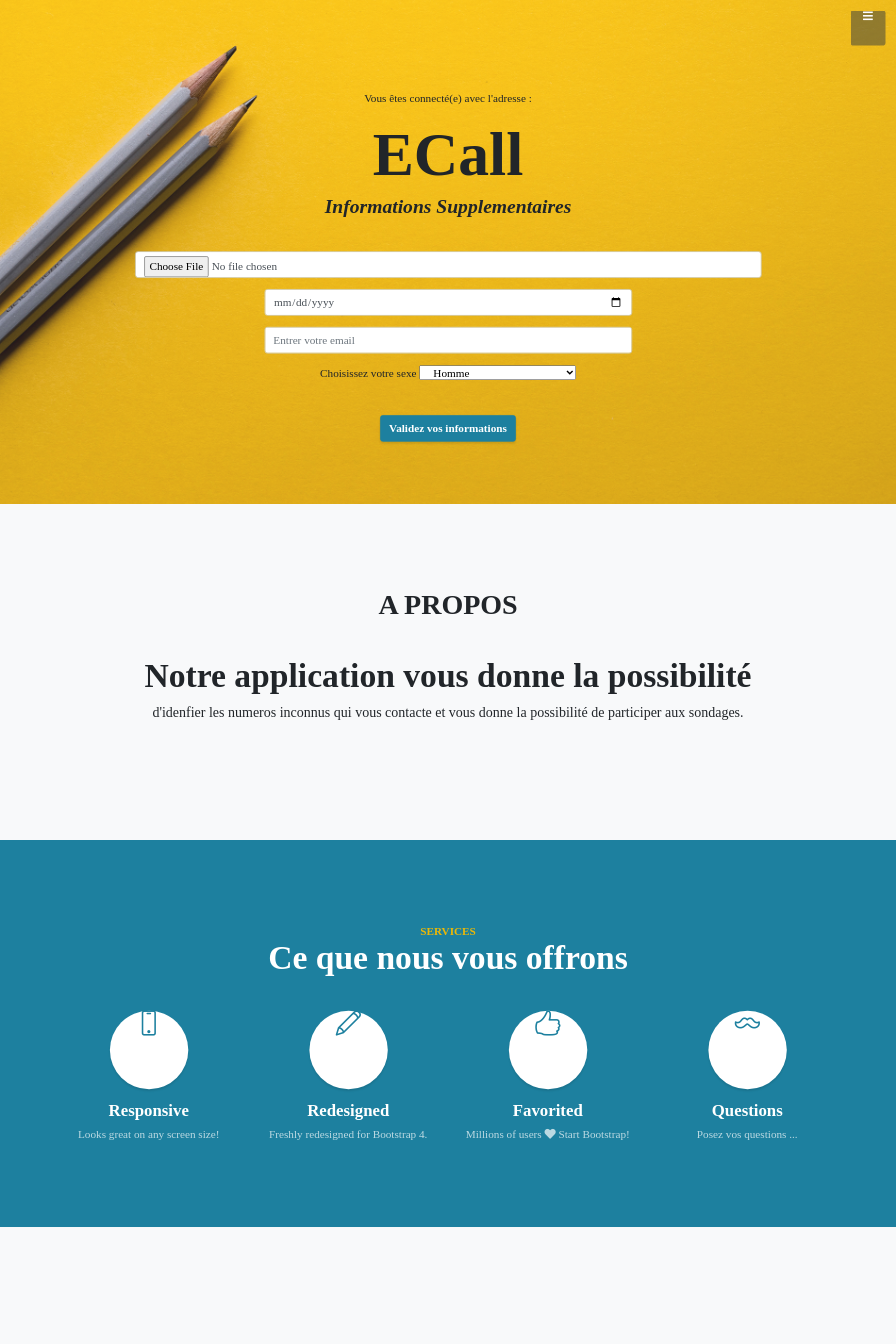
Repository: marco667/E-Callers
Page: http://localhost/E-Call/InfosSupplements
The author's editor kept a copy of each file at every save. The page is drawn from the files as they stood at one save, then again after the next save.
The browser window is 1280 px wide. The pictures show the part of the page from y = 0 to 1920 px (the page is 3387 px tall), at 70% of full size.
Some web fonts or font styles are not loaded; a fallback is used. The page is served by Tomcat 9. Other server files are loaded and not shown.

Above is the page before, as saved 2019-06-28 18:04:45.

### E-Call/WebContent/WEB-INF/formulaire.jsp
<%@ page language="java" contentType="text/html; charset=UTF-8"
    pageEncoding="UTF-8"%>
<!DOCTYPE html PUBLIC "-//W3C//DTD HTML 4.01 Transitional//EN" "http://www.w3.org/TR/html4/loose.dtd">
<html lang="fr">

<head>

  <meta charset="utf-8">
  <meta name="viewport" content="width=device-width, initial-scale=1, shrink-to-fit=no">
  <meta name="description" content="E-Callers">
  <meta name="author" content="Bilounga Abomo Marcelin">

  <title>ECall</title>

  <!-- Bootstrap Core CSS -->
  <link href="vendor/bootstrap/css/bootstrap.min.css" rel="stylesheet">

  <!-- Custom Fonts -->
  <link href="vendor/fontawesome-free/css/all.min.css" rel="stylesheet" type="text/css">
  <link href="https://fonts.googleapis.com/css?family=Source+Sans+Pro:300,400,700,300italic,400italic,700italic" rel="stylesheet" type="text/css">
  <link href="vendor/simple-line-icons/css/simple-line-icons.css" rel="stylesheet">

  <!-- Custom CSS -->
  <link href="css/stylish-portfolio.min.css" rel="stylesheet">

</head>

<body id="page-top">

  <!-- Navigation -->
  <a class="menu-toggle rounded" href="#">
    <i class="fas fa-bars"></i>
  </a>
  <nav id="sidebar-wrapper">
    <ul class="sidebar-nav">
      <li class="sidebar-brand">
        <a class="js-scroll-trigger" href="/E-Call/Restriction">
        ${sessionScope.sessionUtilisateur.username}
         ${sessionScope.sessionUtilisateur.num_tel}
      </a>
      </li>
      <li class="sidebar-nav-item">
        <a class="js-scroll-trigger" href="#about">A Propos</a>
      </li>
      <li class="sidebar-nav-item">
        <a class="js-scroll-trigger" href="#Download">Telecharger</a>
      </li>
      <li class="sidebar-nav-item">
        <a class="js-scroll-trigger" href="#services">Services</a>
      </li>
      <li class="sidebar-nav-item">
        <a class="js-scroll-trigger" href="#contact">Contact</a>
      </li>
      <li class="sidebar-nav-item">
        <a class="js-scroll-trigger" href="#sondages">Notre blog</a>
      </li>
      <li class="sidebar-nav-item">
        <a class="js-scroll-trigger" href="/E-Call//Deconnexion">Deconnexion</a>
      </li>
    </ul>
  </nav>

  <!-- Header -->
  <header class="masthead d-flex">
    <div class="container text-center my-auto">
    <%-- Vérification de la présence d'un objet utilisateur en session --%>
         <c:if test="${!empty sessionScope.sessionUtilisateur}">
    		<%-- Si l'utilisateur existe en session, alors on affiche son nom et son tel. --%>
           <p class="succes">Vous êtes connecté(e) avec l'adresse : ${sessionScope.sessionUtilisateur.username}  ${sessionScope.sessionUtilisateur.num_tel}</p>
         </c:if>

      <h1 class="mb-1">ECall</h1>
      <h3 class="mb-5">
        <em> Informations Supplementaires </em>
      </h3>
      <div class = "form-group">

      		<form class= "form-horizontal" role="form" method="post" action="InfosSuppl" enctype="multipart/form-data" >
      		 <fieldset>
	               <div class = "form-group">
	        			<div class="col-lg-10 mx-auto">
	        				<input type="file" class="form-control" name="photoUser" id="file" placeholder="">
	        				<span class="erreur">${form.erreurs['photoUser']}</span>
	        			</div>
	        		</div>
	        		<div class = "form-group">
	        			<div class="col-lg-6 mx-auto">
	        				<input type="date" class="form-control" name="dateNaiss" id="date" placeholder="Entrer votre date de naissance">
	        				<span class="erreur">${form.erreurs['dateNaiss']}</span>
	        			</div>
	        		</div>
	        		<div class = "form-group">
	        			<div class="col-lg-6 mx-auto">
	        				<input type="email" class="form-control" name="email" id="email" placeholder="Entrer votre email">
	        				<span class="erreur">${form.erreurs['email']}</span>
	        			</div>
	        		</div>
	        		<div class = "form-group">
	        			<div class="col-lg-10 mx-auto">
	        				<label>Choisissez votre sexe </label>
	        				<select class="col-lg-3 mx-auto" name="sexe" id="sexe" >
	        					<option>Homme</option>
	        					<option>Femme</option>
	        				</select>
	        				<span class="erreur">${form.erreurs['sexe']}</span>
	        			</div>
	        		</div>
	        		<br>
	        		<button type="submit" class="btn btn-primary">Validez vos informations</button>
	        		<p class="${empty form.erreurs ? 'succes' : 'erreur'}" style="color:red;">${form.resultat}</p>
	        		<c:if test="${!empty erreur}"><p style="color:red;"><c:out value="${erreur}"/></p></c:if>
        	</fieldset>
          </form>

    </div>
    <div class="overlay"></div>
  </header>

   <!-- about -->
   <section class="content-section bg-light" id="about">
   	<div class="container text-center">
   		<h1 class="mx-auto mb-5">A PROPOS</h1>
      <div class="content-section-heading">
        <div class="row">
          <div class="col-lg-10 mx-auto">
            <h2>Notre application vous donne la possibilité</h2>
            <p class="lead mb-5"> d'idenfier les numeros inconnus
            qui vous contacte et vous donne la possibilité de participer aux sondages.
            </p>
          </div>
        </div>
      </div>
    </div>
   </section>

  <!-- Services -->
  <section class="content-section bg-primary text-white text-center" id="services">
    <div class="container">
      <div class="content-section-heading">
        <h3 class="text-secondary mb-0">Services</h3>
        <h2 class="mb-5">Ce que nous vous offrons</h2>
      </div>
      <div class="row">
        <div class="col-lg-3 col-md-6 mb-5 mb-lg-0">
          <span class="service-icon rounded-circle mx-auto mb-3">
            <i class="icon-screen-smartphone"></i>
          </span>
          <h4>
            <strong>Responsive</strong>
          </h4>
          <p class="text-faded mb-0">Looks great on any screen size!</p>
        </div>
        <div class="col-lg-3 col-md-6 mb-5 mb-lg-0">
          <span class="service-icon rounded-circle mx-auto mb-3">
            <i class="icon-pencil"></i>
          </span>
          <h4>
            <strong>Redesigned</strong>
          </h4>
          <p class="text-faded mb-0">Freshly redesigned for Bootstrap 4.</p>
        </div>
        <div class="col-lg-3 col-md-6 mb-5 mb-md-0">
          <span class="service-icon rounded-circle mx-auto mb-3">
            <i class="icon-like"></i>
          </span>
          <h4>
            <strong>Favorited</strong>
          </h4>
          <p class="text-faded mb-0">Millions of users
            <i class="fas fa-heart"></i>
            Start Bootstrap!</p>
        </div>
        <div class="col-lg-3 col-md-6">
          <span class="service-icon rounded-circle mx-auto mb-3">
            <i class="icon-mustache"></i>
          </span>
          <h4>
            <strong>Questions</strong>
          </h4>
          <p class="text-faded mb-0">Posez vos questions ...</p>
        </div>
      </div>
    </div>
  </section>

  	 <!-- Sondages -->
  <section class="content-section bg-light" id="sondages">

  </section>

  <!-- download apk android -->
  <section class="callout" id="Download">
    <div class="container text-center">
      <h2 class="mx-auto mb-5">ECall versions android ta nouvelle application securisée !</h2>
      <a class="btn btn-primary btn-xl" href="https://startbootstrap.com/template-overviews/stylish-portfolio/">Telecharger notre application android maintenant !</a>
    </div>
  </section>

   <!-- connexion -->

  <!-- contact -->
  <section class="content-section bg-primary text-white text-center" id="contact" >

  </section>

  <!-- Footer -->
  <footer class="footer text-center">
    <div class="container">
      <ul class="list-inline mb-5">
        <li class="list-inline-item">
          <a class="social-link rounded-circle text-white mr-3" href="">
            <i class="icon-social-facebook"></i>
          </a>
        </li>
        <li class="list-inline-item">
          <a class="social-link rounded-circle text-white mr-3" href="">
            <i class="icon-social-twitter"></i>
          </a>
        </li>
      </ul>
      <p class="text-muted small mb-0"> Copyright ECall; Votre site où vous serez securité 2019 </p>
    </div>
  </footer>

  <!-- Scroll to Top Button-->
  <a class="scroll-to-top rounded js-scroll-trigger" href="#page-top">
    <i class="fas fa-angle-up"></i>
  </a>

  <!-- Bootstrap core JavaScript -->
  <script src="vendor/jquery/jquery.min.js"></script>
  <script src="vendor/bootstrap/js/bootstrap.bundle.min.js"></script>

  <!-- Plugin JavaScript -->
  <script src="vendor/jquery-easing/jquery.easing.min.js"></script>

  <!-- Custom scripts for this template -->
  <script src="js/stylish-portfolio.min.js"></script>

</body>

</html>

### E-Call/src/org/digit/ECallers/servlets/InfosSupplements.java
package org.digit.ECallers.servlets;

import java.io.IOException;
import javax.servlet.ServletConfig;
import javax.servlet.ServletException;
import javax.servlet.annotation.WebServlet;
import javax.servlet.http.HttpServlet;
import javax.servlet.http.HttpServletRequest;
import javax.servlet.http.HttpServletResponse;
import javax.servlet.http.HttpSession;

import org.digit.ECallers.beans.InfosSuppl;
import org.digit.ECallers.beans.User;
import org.digit.ECallers.dao.DAOFactory;
import org.digit.ECallers.dao.UserDao;
import org.digit.ECallers.forms.InfosSupplementsForm;
import org.digit.ECallers.forms.InscriptionForms;

/**
 * Servlet implementation class InfosSupplements
 */

public class InfosSupplements extends HttpServlet {
	private static final long serialVersionUID = 1L;

	public static final String CHEMIN = "chemin";

	public static final String CONF_DAO_FACTORY = "daofactory";
    public static final String ATT_USER         = "utilisateur";
    public static final String ATT_FORM         = "form";
    public static final String VUE              = "/WEB-INF/formulaire.jsp";



    private UserDao     utilisateurDao;

    public void init() throws ServletException {
        /* RÃ©cupÃ©ration d'une instance de notre DAO Utilisateur */
        this.utilisateurDao = ( (DAOFactory) getServletContext().getAttribute( CONF_DAO_FACTORY ) ).getUtilisateurDao();
    }

    public void doGet( HttpServletRequest request, HttpServletResponse response ) throws ServletException, IOException {
    	/* Récupération de la session depuis la requête */
		HttpSession session = request.getSession();
        /* Affichage de la page */
        this.getServletContext().getRequestDispatcher( VUE ).forward( request, response );
    }

    public void doPost( HttpServletRequest request, HttpServletResponse response ) throws ServletException, IOException {
    	/*
         * Lecture du paramètre 'chemin' passé à la servlet via la déclaration
         * dans le web.xml
         */
        String chemin = this.getServletConfig().getInitParameter( CHEMIN );

        /* PrÃ©paration de l'objet formulaire */
    	InfosSupplementsForm form = new InfosSupplementsForm( utilisateurDao );

        /* Traitement de la requÃªte et rÃ©cupÃ©ration du bean en rÃ©sultant */
        InfosSuppl infosUser = form.InfosSupplements( request, chemin );

        /* Stockage du formulaire et du bean dans l'objet request */
        request.setAttribute( ATT_FORM, form );
        request.setAttribute( ATT_USER, infosUser );

        this.getServletContext().getRequestDispatcher( VUE ).forward( request, response );
    }

}

### E-Call/src/org/digit/ECallers/dao/UserDaoImpl.java
package org.digit.ECallers.dao;

import java.sql.ResultSet;
import java.sql.SQLException;

import static org.digit.ECallers.dao.DAOUtilitaire.*;

import org.digit.ECallers.beans.Contact;
import org.digit.ECallers.beans.InfosSuppl;
import org.digit.ECallers.beans.User;

import com.mysql.jdbc.Connection;
import com.mysql.jdbc.PreparedStatement;



public class UserDaoImpl implements UserDao {

	 private DAOFactory          daoFactory;

	 UserDaoImpl( DAOFactory daoFactory ) {
	        this.daoFactory = daoFactory;
	    }

	 /*
	  * Simple mÃ©thode utilitaire permettant de faire la correspondance (le
	  * mapping) entre une ligne issue de la table des utilisateurs (un
	  * ResultSet) et un bean Utilisateur.
	  */
	 private static User map( ResultSet resultSet ) throws SQLException {
	     User utilisateur = new User();
	     utilisateur.setId_user( resultSet.getLong( "id_user" ) );
	     utilisateur.setUsername( resultSet.getString( "username" ) );
	     utilisateur.setSurname( resultSet.getString( "surname" ) );
	     utilisateur.setNum_tel( resultSet.getString( "num_tel" ) );
	     return utilisateur;
	 }


	 private static final String SQL_INSERT1 = "INSERT INTO user (username, surname, num_tel) VALUES (?, ?, ?)";

	@Override
	public void create(User utilisateur) throws IllegalArgumentException, DAOException {
		// TODO Auto-generated method stub
		 Connection connexion = null;
		 PreparedStatement preparedStatement = null;
		 ResultSet valeursAutoGenerees = null;

		    try {
		        /* RÃ©cupÃ©ration d'une connexion depuis la Factory */
		        connexion = (Connection) daoFactory.getConnection();
		        preparedStatement = (PreparedStatement) initialisationRequetePreparee( connexion, SQL_INSERT1, true, utilisateur.getUsername(), utilisateur.getSurname(), utilisateur.getNum_tel() );
		        int statut = preparedStatement.executeUpdate();
		        /* Analyse du statut retournÃ© par la requÃªte d'insertion */
		        if ( statut == 0 ) {
		            throw new DAOException( "Ã‰chec de la crÃ©ation de l'utilisateur, aucune ligne ajoutÃ©e dans la table." );
		        }
		        /* RÃ©cupÃ©ration de l'id auto-gÃ©nÃ©rÃ© par la requÃªte d'insertion */
		        valeursAutoGenerees = preparedStatement.getGeneratedKeys();
		        if ( valeursAutoGenerees.next() ) {
		            /* Puis initialisation de la propriÃ©tÃ© id du bean Utilisateur avec sa valeur */
		            utilisateur.setId_user( valeursAutoGenerees.getLong( 1 ) );
		        } else {
		            throw new DAOException( "Ã‰chec de la crÃ©ation de l'utilisateur en base, aucun ID auto-gÃ©nÃ©rÃ© retournÃ©." );
		        }
		    } catch ( SQLException e ) {
		        throw new DAOException( e );
		    } finally {
		        fermeturesSilencieuses( valeursAutoGenerees, preparedStatement, connexion );
		    }


	}

	private static final String SQL_INSERT2 = "INSERT INTO contact (nomContact, prenomContact, telContact) VALUES (?, ?, ?)";

	@Override
	public void createContact(String nomContact, String prenomContact, String numcontact) throws DAOException {
		// TODO Auto-generated method stub
		// TODO Auto-generated method stub
				 Connection connexion = null;
				 PreparedStatement preparedStatement = null;
				 ResultSet valeursAutoGenerees = null;

				    try {
				        /* RÃ©cupÃ©ration d'une connexion depuis la Factory */
				        connexion = (Connection) daoFactory.getConnection();
				        preparedStatement = (PreparedStatement) initialisationRequetePreparee( connexion, SQL_INSERT2, true, nomContact, prenomContact, numcontact );
				        int statut = preparedStatement.executeUpdate();
				        /* Analyse du statut retournÃ© par la requÃªte d'insertion */
				        if ( statut == 0 ) {
				            throw new DAOException( "Ã‰chec de creation du contact." );
				        }

				    } catch ( SQLException e ) {
				        throw new DAOException( e );
				    } finally {
				        fermeturesSilencieuses( valeursAutoGenerees, preparedStatement, connexion );
				    }

	}

	private static final String SQL_INSERT3 = "INSERT INTO infossuppl (photoUser, dateNaiss, email, sexe) VALUES (?, ?, ?, ?)";

	@Override
	public void addInfosByuser(InfosSuppl infosUser) throws DAOException {
		// TODO Auto-generated method stub
		// TODO Auto-generated method stub
				 Connection connexion = null;
				 PreparedStatement preparedStatement = null;
				 ResultSet valeursAutoGenerees = null;

				    try {
				        /* RÃ©cupÃ©ration d'une connexion depuis la Factory */
				        connexion = (Connection) daoFactory.getConnection();
				        preparedStatement = (PreparedStatement) initialisationRequetePreparee( connexion, SQL_INSERT3, true, infosUser.getPhotoUser(), infosUser.getDateNaiss(), infosUser.getEmail(),  infosUser.getSexe() );
				        int statut = preparedStatement.executeUpdate();
				        /* Analyse du statut retournÃ© par la requÃªte d'insertion */
				        if ( statut == 0 ) {
				            throw new DAOException( "Echec d'ajout d'informations." );
				        }

				    } catch ( SQLException e ) {
				        throw new DAOException( e );
				    } finally {
				        fermeturesSilencieuses( valeursAutoGenerees, preparedStatement, connexion );
				    }

	}

	 private static final String SQL_SELECT_PAR_NUMERO_USER = "SELECT id_user, username, surname, num_tel FROM user WHERE username = ? AND num_tel = ?";

	@Override
	public User search( String username, String num_tel) throws DAOException {
		// TODO Auto-generated method stub
		/* Implémentation de la méthode définie dans l'interface UtilisateurDao */

		    Connection connexion = null;
		    PreparedStatement preparedStatement = null;
		    ResultSet resultSet = null;
		    User utilisateur = null;


		    try {
		        /* Récupération d'une connexion depuis la Factory */
		        connexion = (Connection) daoFactory.getConnection();
		        preparedStatement = (PreparedStatement) initialisationRequetePreparee( connexion, SQL_SELECT_PAR_NUMERO_USER, false, username, num_tel );
		        resultSet = preparedStatement.executeQuery();
		        /* Parcours de la ligne de données de l'éventuel ResulSet retourné */
		        if ( resultSet.next() ) {
		            utilisateur = map( resultSet );
		        }else {
		        	throw new DAOException( "Utilisateur inconnu." );
		        }
		    } catch ( SQLException e ) {
		        throw new DAOException( e );
		    } finally {
		        fermeturesSilencieuses( resultSet, preparedStatement, connexion );
		    }

		    return utilisateur;

	}



    private static final String SQL_SELECT_PAR_NUMERO = "SELECT id_contact, nomContact, prenomContact, telContact FROM contact WHERE telContact = ?";



    private static Contact map1( ResultSet resultSet ) throws SQLException {
   	     Contact contact = new Contact();
   	     contact.setId_contact( resultSet.getLong( "id_contact" ) );
   	     contact.setNomContact( resultSet.getString( "nomContact" ) );
   	     contact.setPrenomContact( resultSet.getString( "prenomContact" ) );
   	     contact.setNumcontact( resultSet.getString( "telContact" ) );
   	     return contact;
   	 }


   @Override
   	public Contact searchContact(String telContact) throws DAOException {
   		// TODO Auto-generated method stub
   		 Connection connexion = null;
   		    PreparedStatement preparedStatement = null;
   		    ResultSet resultSet = null;
   		    Contact contact  = null;

   		    try {
   		        /* RÃ©cupÃ©ration d'une connexion depuis la Factory */
   		        connexion = (Connection) daoFactory.getConnection();
   		        preparedStatement = (PreparedStatement) initialisationRequetePreparee( connexion, SQL_SELECT_PAR_NUMERO, false, telContact );
   		        resultSet = preparedStatement.executeQuery();
   		        /* Parcours de la ligne de donnÃ©es de l'Ã©ventuel ResulSet retournÃ© */
   		        if ( resultSet.next() ) {
   		            contact = map1( resultSet );
   		        }else {
   		        	throw new DAOException( "Contact non identifié." );
   		        }
   		    } catch ( SQLException e ) {
   		        throw new DAOException( e );
   		    } finally {
   		        fermeturesSilencieuses( resultSet, preparedStatement, connexion );
   		    }

   		    return contact;

   	}



}

### E-Call/src/org/digit/ECallers/dao/DAOException.java
package org.digit.ECallers.dao;

public class DAOException extends RuntimeException {
	  /*
     * Constructeurs
     */
    public DAOException( String message ) {
        super( message );
    }

    public DAOException( String message, Throwable cause ) {
        super( message, cause );
    }

    public DAOException( Throwable cause ) {
        super( cause );
    }
}

Loaded but not shown: E-Call/WebContent/css/stylish-portfolio.min.css (library); E-Call/WebContent/js/stylish-portfolio.min.js (common file)

After the next save:
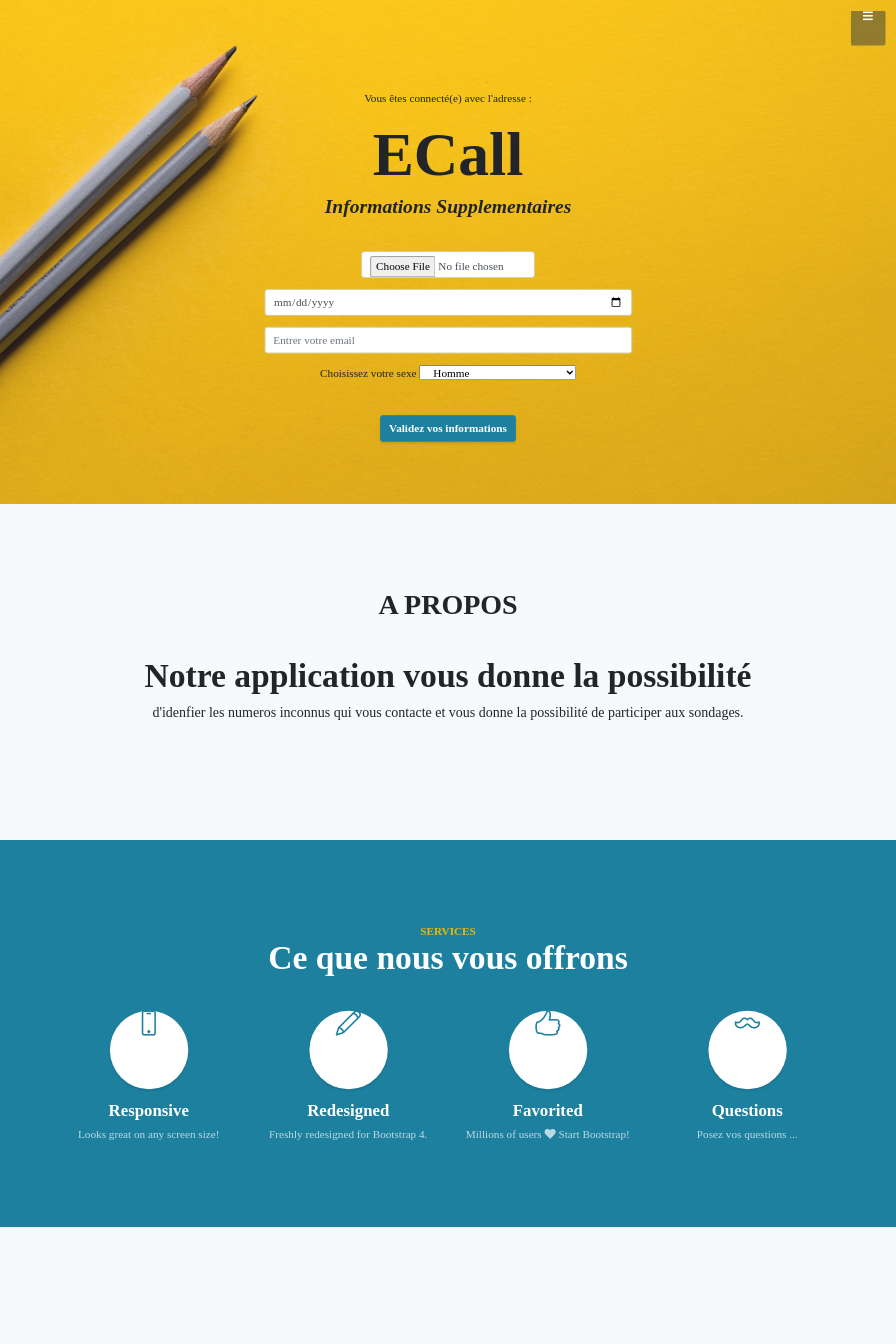
Saved 108 s later.
--- a/E-Call/WebContent/WEB-INF/formulaire.jsp
+++ b/E-Call/WebContent/WEB-INF/formulaire.jsp
@@ -78,8 +78,8 @@
       		<form class= "form-horizontal" role="form" method="post" action="InfosSuppl" enctype="multipart/form-data" >
       		 <fieldset>
 	               <div class = "form-group">
-	        			<div class="col-lg-10 mx-auto">
-	        				<input type="file" class="form-control" name="photoUser" id="file" placeholder="">
+	        			<div class="col-lg-3 mx-auto">
+	        				<input type="file" class="form-control" name="photoUser" id="file" placeholder="Ajouter une photo">
 	        				<span class="erreur">${form.erreurs['photoUser']}</span>
 	        			</div>
 	        		</div>
